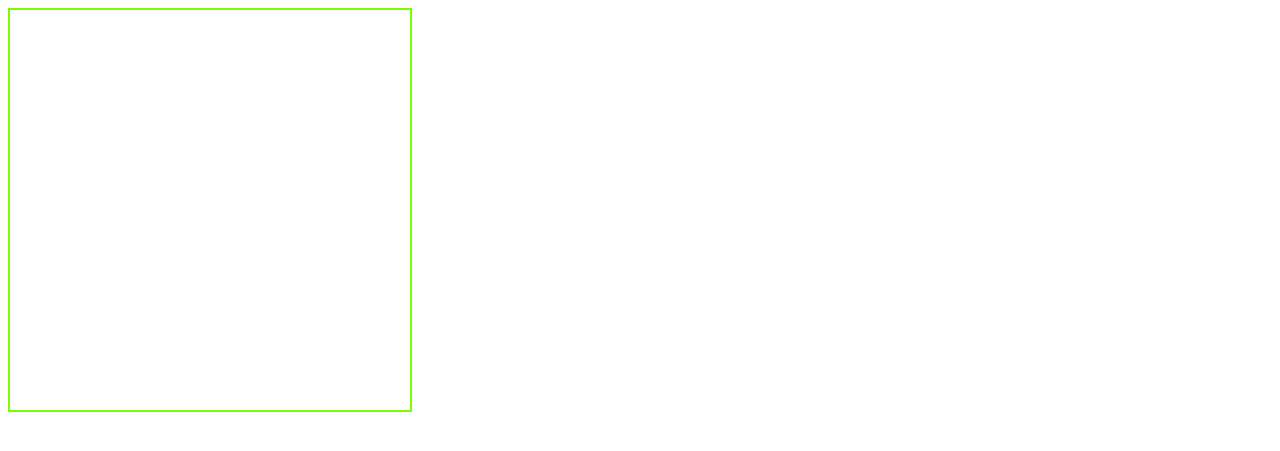
Repository: xzm1997/huntjob
Page: 面试/常见问题/practice/practice_2.html
An editor plug-in stored every save of this project. The page is shown before and after the next save, followed by the edit.
The browser window is 1280 px wide. The pictures show the whole page.

Above is the page before, as saved 2022-06-14 09:22:09.

After the next save:
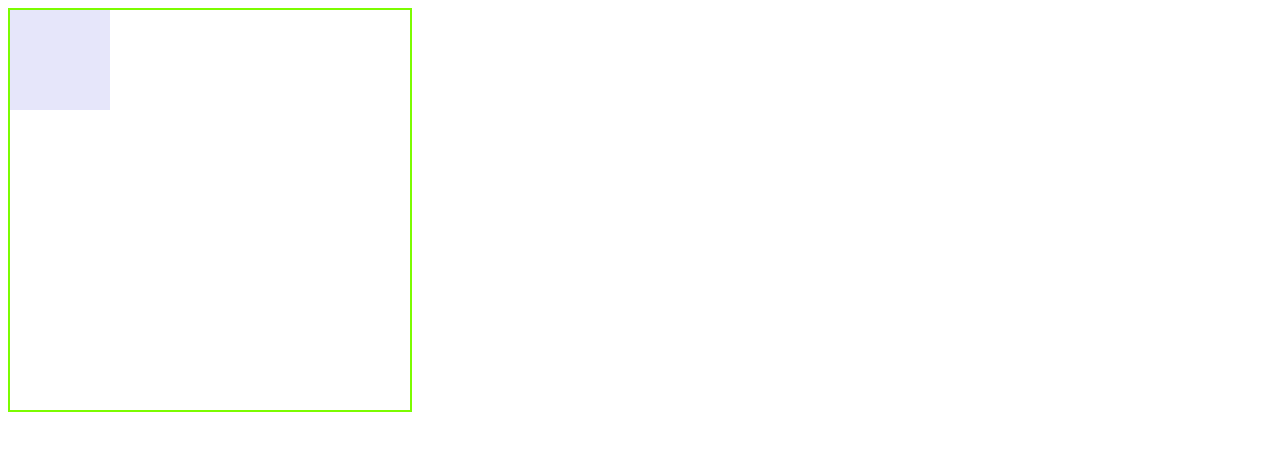
Saved 12 s later.
--- a/面试/常见问题/practice/practice_2.html
+++ b/面试/常见问题/practice/practice_2.html
@@ -14,6 +14,7 @@
         .box {
             width: 100px;
             height: 100px;
+            background: lavender;
         }
     </style>
 </head>
